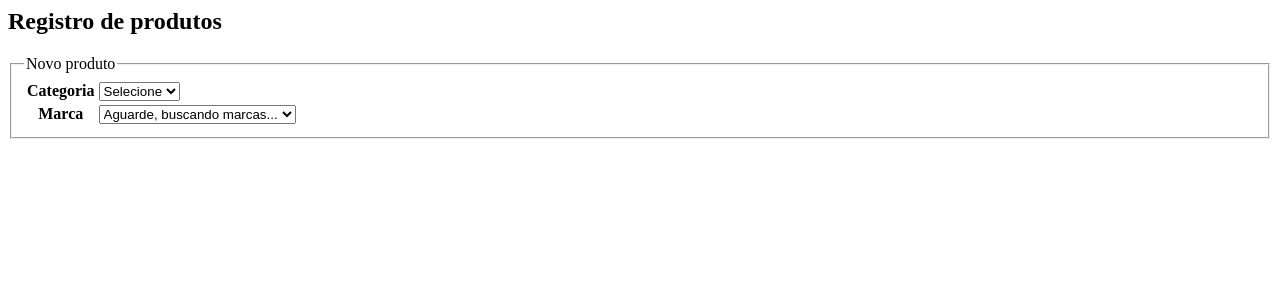
Repository: Matheus-Vicenzi/SiteMonitoriaSenai
Page: ProjetoTrilhaWeb/WebContent/pages/admin/product/index.html
These files come from the project's save history. The page is drawn as it stood at one moment and after the next save; the edit follows.
The browser window is 1280 px wide. The pictures show the whole page.

Above is the page before, as saved 2022-08-09 22:13:35.

### ProjetoTrilhaWeb/WebContent/pages/admin/product/index.html
<h2>Registro de produtos</h2>
<form name="frmAddProduto" id="addProduto" class="frmInserir">
	<fieldset>
		<legend>Novo produto</legend>
		<table>
			<tr>
				<th>Categoria</th>
				<td>
					<select name="categoria">
						<option value="">Selecione</option>
						<option value="1">Geladeira</option>
						<option value="2">Freezer</option>
					</select>
				</td>
			</tr>
			<tr>
				<th>Marca</th>
				<td>
					<select name="marcaId" id="selMarca">
						<option value="" class="buscando">Aguarde, buscando marcas...</option>
					</select>
				</td>
			</tr>
		</table>
	</fieldset>
</form>

After the next save:
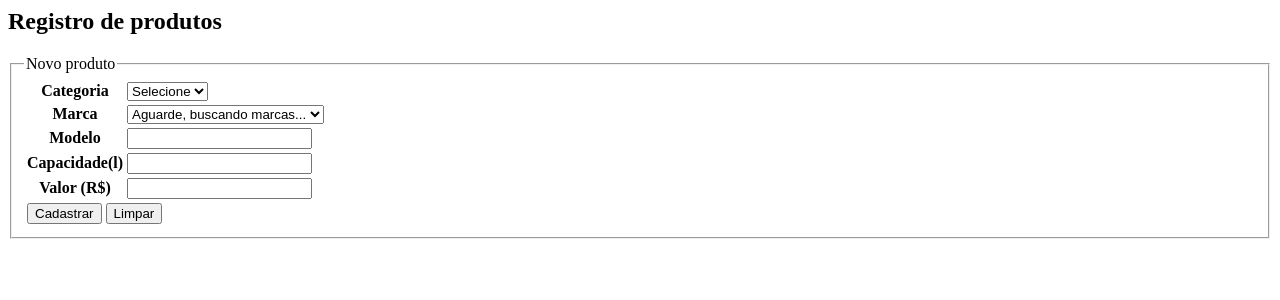
Saved 5 min 52 s later.
--- a/ProjetoTrilhaWeb/WebContent/pages/admin/product/index.html
+++ b/ProjetoTrilhaWeb/WebContent/pages/admin/product/index.html
@@ -21,6 +21,30 @@
 					</select>
 				</td>
 			</tr>
+			<tr>
+				<th>Modelo</th>
+				<td>
+					<input type="text" name="modelo">
+				</td>
+			</tr>
+			<tr>
+				<th>Capacidade(l)</th>
+				<td>
+					<input type="text" name="capacidade">
+				</td>
+			</tr>
+			<tr>
+				<th>Valor (R$)</th>
+				<td>
+					<input type="text" name="valor">
+				</td>
+			</tr>
+			<tr>
+				<td colspan="2">
+					<button type="button">Cadastrar</button>
+					<button type="reset">Limpar</button>
+				</td>
+			</tr>
 		</table>
 	</fieldset>
 </form>
